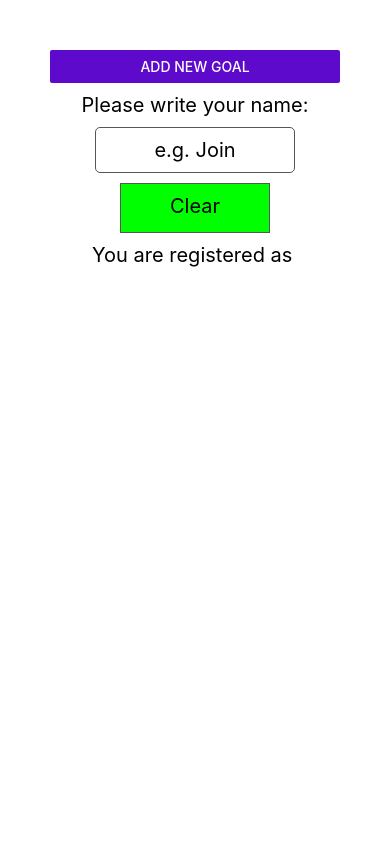
Repository: ntu34543/React-Native-Example1
Screen: /, after clicking the first element matching `div.r-transitionProperty-1i6wzkk`
The author's editor kept a copy of each file at every save. The screen is drawn from the files as they stood at one save, then again after a run of saves.
The app was drawn by React Native's web renderer in a window 390 px wide. The project was rebuilt for these pictures with package versions that can differ from the ones it lists, and the page was loaded fresh each time. Also part of the build but not shown: components/Goalltem.js.

Above is the screen before, as saved 2022-09-12 16:09:59.

### App.js
import { useState } from "react";
import {
  StyleSheet,
  View,
  FlatList,
  Button,
  Text,
  Linking,
  TextInput,
  TouchableOpacity,
} from "react-native";
import { StatusBar } from "expo-status-bar";

import GoalItem from "./components/Goalltem";
import GoalInput from "./components/Goallnput";

export default function App() {
  const [modalIsVisible, setModalIsVisible] = useState(false);
  const [courseGoals, setCourseGoals] = useState([]);
  const [name, setName] = useState("");
  const [submitted, setSubmitted] = useState(false);
  // console.log(courseGoals);
  const onPressHandler = () => {
    setSubmitted(!submitted);
  };

  function startAddGoalHandler() {
    setModalIsVisible(true);
  }

  function endAddGoalHandler() {
    setModalIsVisible(false);
  }

  function addTextInput(enteredGoalText) {
    setCourseGoals((currentCourseGoals) => [
      ...currentCourseGoals,
      { text: enteredGoalText, id: Math.random().toString() },
    ]);
    endAddGoalHandler();
  }

  function deleteGoalHandler(id) {
    setCourseGoals((currentCourseGoals) => {
      return currentCourseGoals.filter((goal) => goal.id !== id);
    });
  }

  return (
    <>
      <StatusBar style="auto" />
      <View style={styles.container}>
        <Button
          title="Add new Goal"
          color="#5e0acc"
          onPress={startAddGoalHandler}
        />
        <View style={styles.body}>
          <Text style={styles.text}>Please write your name:</Text>
          <TextInput
            style={styles.input}
            placeholder="e.g. Join"
            onChangeText={(value) => setName(value)}
            // maxLength={2}
            // editable={false}
            // secureTextEntry
          />
          {/* <Button
            title={submitted? "Clear" : "Submit"}
            // disabled={submitted}
            color="#5e0acc"
            onPress={onPressHandler}
            onPress={() => {
              Linking.openURL(
                "https://ca.slack-edge.com/T324R7VB6-U03RS7EKJHG-323b9d1b6216-512"
              );
            }}
          /> */}
          <TouchableOpacity style={styles.button} onPress={onPressHandler}>
            <Text style={styles.text}>{submitted ? "Clear" : "Submit"}</Text>
          </TouchableOpacity>
          {/* {submitted ? <Text>You are registered as {name}</Text> : null} */}
          <Text style={styles.text}>You are registered as {name}</Text>
        </View>
        <GoalInput
          visible={modalIsVisible}
          onAddGoal={addTextInput}
          onCancer={endAddGoalHandler}
        />
        <View style={styles.goalsContainer}>
          <FlatList
            data={courseGoals}
            style={styles.goalsContainer}
            renderItem={(itemData) => {
              return (
                <GoalItem
                  text={itemData.item.text}
                  id={itemData.item.id}
                  onDeleteItem={deleteGoalHandler}
                />
              );
            }}
            keyExtractor={(item, index) => {
              return index.id;
            }}
            alwaysBounceVertical={false}
          />
        </View>
      </View>
    </>
  );
}

const styles = StyleSheet.create({
  container: {
    padding: 50,
  },
  body: {
    alignItems: "center",
  },
  goalsContainer: {
    // flex: 4,
  },
  text: {
    textAlign: "center",
    margin: 10,
    fontSize: 20,
  },
  input: {
    borderWidth: 1,
    borderColor: "#555",
    borderRadius: 5,
    width: 200,
    padding: 10,
    marginBottom: 10,
    textAlign: "center",
    fontSize: 20,
  },
  button: {
    borderWidth: 1,
    borderColor: "#555",
    backgroundColor: "#00ff00",
    width: 150,
    height: 50,
  },
});

### components/Goallnput.js
import { useState } from "react";
import { StyleSheet, View, TextInput, Button, Modal, Image } from "react-native";
function GoalInput(props) {
  const [enteredGoalText, setEnteredGoalText] = useState("");

  function textInput(enteredText) {
    setEnteredGoalText(enteredText);
    // console.log(enteredText);
  }

  function addGoalHandler() {
    props.onAddGoal(enteredGoalText);
    setEnteredGoalText("");
  }

  return (
    <Modal visible={props.visible} animationType="slide">
      <View style={styles.inputContainer}>
          <Image style={styles.image} source={require('../assets/favicon.png')} />
        <TextInput
          style={styles.textInput}
          placeholder="Email............"
          onChangeText={textInput}
          value={enteredGoalText}
        />
        <View style={styles.buttonContainer}>
          <View style={styles.button}>
            <Button title="Click!" onPress={addGoalHandler} />
          </View>
          <View style={styles.button}>
            <Button title="Cancer!" onPress={props.onCancer}/>
          </View>
        </View>
      </View>
    </Modal>
  );
}

export default GoalInput;

const styles = StyleSheet.create({
  inputContainer: {
    flex: 1,
    justifyContent: "center",
    alignItems: "center",
    paddingBottom: 24,
    padding: 16,
    borderBottomWidth: 1,
    borderBottomColor: "gray",
    backgroundColor: 'pink'
  },
  image: {
      width: 100,
      height: 100,
      margin: 20,
  },
  textInput: {
    borderWidth: 1,
    borderColor: "#cccccc",
    width: "100%",
    padding: 8,
  },
  buttonContainer: {
      marginTop: 16,
    flexDirection: "row",
  },
  button: {
      width: '30%',
      marginHorizontal: 8,
  }
});

After the next 7 saves:
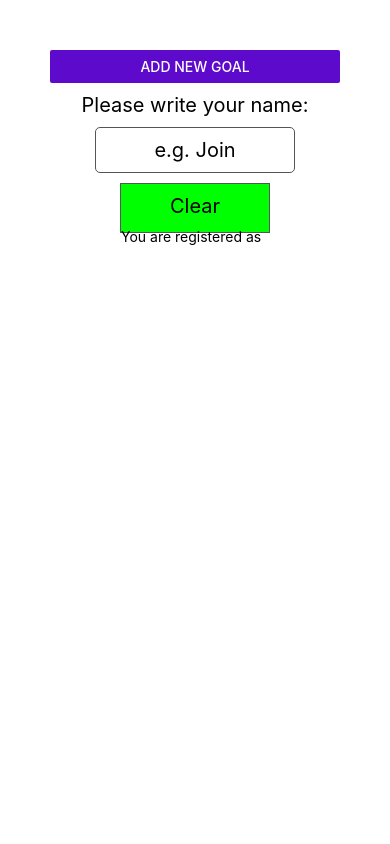
The 7 saves are shown as one change because they came seconds apart.
The last was saved 25 s later.
--- a/App.js
+++ b/App.js
@@ -78,9 +78,9 @@ export default function App() {
           /> */}
           <TouchableOpacity style={styles.button} onPress={onPressHandler}>
             <Text style={styles.text}>{submitted ? "Clear" : "Submit"}</Text>
+            {submitted ? <Text>You are registered as {name}</Text> : null}
           </TouchableOpacity>
-          {/* {submitted ? <Text>You are registered as {name}</Text> : null} */}
-          <Text style={styles.text}>You are registered as {name}</Text>
+          {/* <Text style={styles.text}>You are registered as {name}</Text> */}
         </View>
         <GoalInput
           visible={modalIsVisible}
